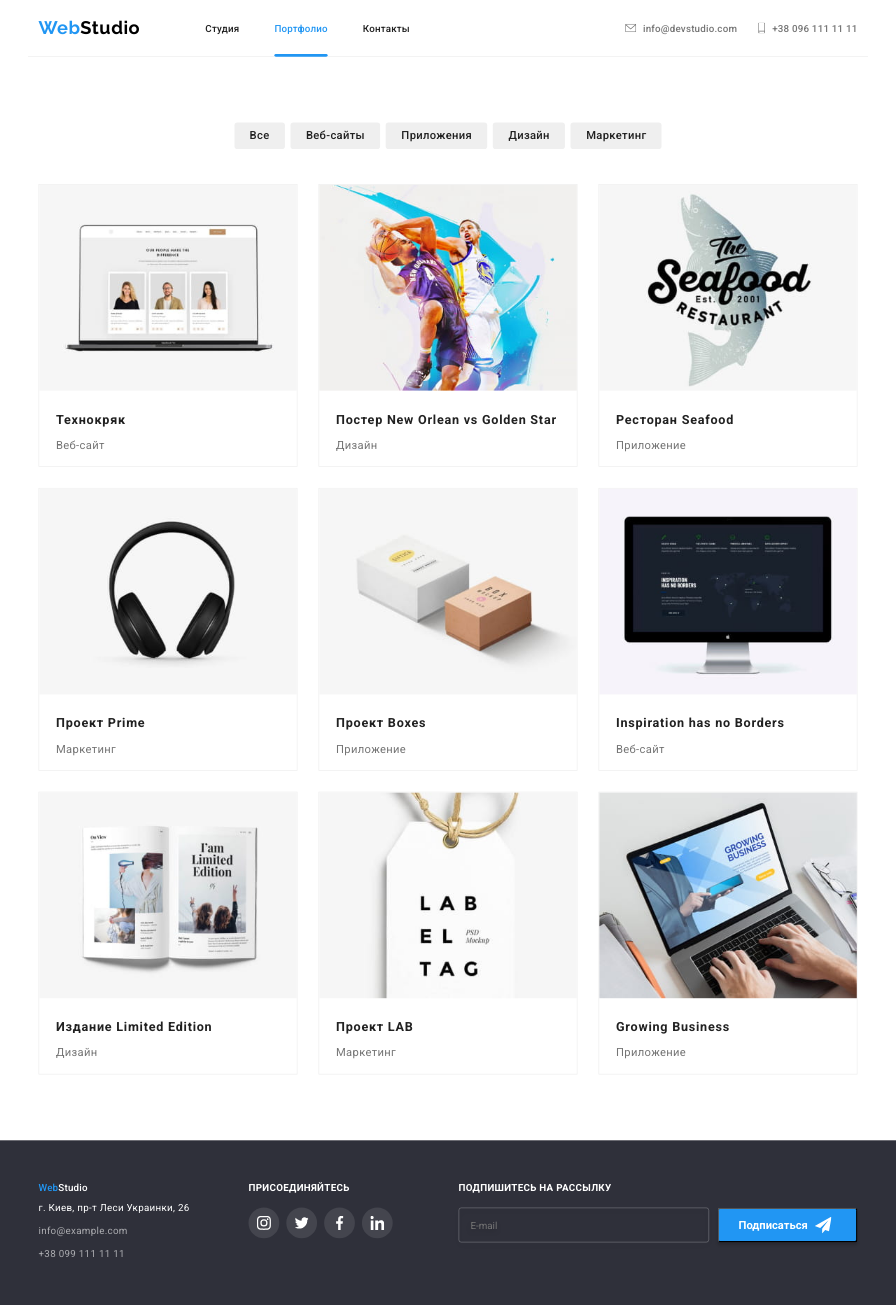
Repository: UliyaKucherernko/home-work-8
Page: porfolio.html
An editor plug-in stored every save of this project. The page is shown before and after the next save, followed by the edit.
The browser window is 1280 px wide. The pictures show the whole page, at 70% of full size.
Some web libraries are served in a nearby version. The style sheet was rebuilt from its Sass, Less or Tailwind sources for each picture, by a compiler version that may differ from the author's.

Above is the page before, as saved 2021-05-04 19:10:52.

### porfolio.html
<!DOCTYPE html>
<html lang="en">
<head>
   <meta charset="UTF-8" />
   <meta http-equiv="X-UA-Compatible" content="IE=edge" />
   <meta name="viewport" content="width=device-width, initial-scale=1.0" />
   <title>WebStudio Главная</title>
   <link rel="stylesheet"
      href="https://cdnjs.cloudflare.com/ajax/libs/modern-normalize/1.0.0/modern-normalize.min.css" />
   <link rel="preconnect" href="https://fonts.gstatic.com" />
   <link
      href="https://fonts.googleapis.com/css2?family=Raleway:wght@700&family=Roboto:wght@400;500;700;900&display=swap"
      rel="stylesheet" />
   <link rel="stylesheet" href="./css/styles.min.css" />
</head>
<body>
<header class="header">
   <div class="container header__container">
      <nav class="navigation">
         <a class="link header__logo" href="index.html">
            <span class="web">Web</span><span class="studio">Studio</span></a>
         <ul class="list">
            <li class="header__menu-item">
               <a href="./index.html" class="link header__menu-link">Студия</a>
            </li>
            <li class="header__menu-item">
               <a href="./porfolio.html" class="link header__menu-link current">Портфолио</a>
            </li>
            <li class="header__menu-item">
               <a href="" class="link header__menu-link">Контакты</a>
            </li>
         </ul>
      </nav>
      <div class="list header__contact-item">
         <a class="link header__link" href="mailto:info@devstudio.com">
            <svg class="header__icon" width="16" height="12">
               <use href="./images/icons-sprite.svg#icon-mail"></use>
            </svg>
            info@devstudio.com
         </a>
         <a class="link header__link" href="tel:+380961111111">
            <svg class="header__icon" width="10" height="16">
               <use href="./images/icons-sprite.svg#icon-phone"></use>
            </svg>
            +38 096 111 11 11
         </a>
      </div>
   </div>
</header>
     <!--что входит в портфолио-->
    <main>
      <section class="gallery">
         <div class="container">
          <ul class="list gallery__btn">
              <li><button class="gallery__btn-filtr" type="button">Все</button></li>
              <li><button class="gallery__btn-filtr" type="button">Веб-сайты</button></li>
              <li><button class="gallery__btn-filtr" type="button">Приложения</button></li>
              <li><button class="gallery__btn-filtr" type="button">Дизайн</button></li>
              <li><button class="gallery__btn-filtr" type="button">Маркетинг</button></li>
          </ul>
 <ul class="gallery__list">
      <div class="gallery__card">
         <div class="gallery__thumb">
            <li><img src="./images/1-monitor.jpg" alt="на мониторе 3 фотокарточки людей" width="370">
               <div class="gallery__overlay">
                  <p class="gallery__text-overlay">Технокряк это современная площадка распространения коронавируса.
                        Компании используют эту платформу для цифрового
                        шпионажа и атак на защищённые сервера конкурентов.</p>
               </div>
            </li>
         </div>
                  <div class="gallery__text">
                       <h3 class="gallery__name">Технокряк</h3>
                       <p class="gallery__main-name">Веб-сайт</p>
                  </div>
      </div>
      <div class="gallery__card">
         <div class="gallery__thumb">
            <li><img src="./images/2-nba.jpg" alt="2 прня играют в баскетбол" width="370">
               <div class="gallery__overlay">
                     <p class="gallery__text-overlay">New Orleans Pelicans — профессиональный баскетбольный клуб,
                         выступающий в Национальной баскетбольной ассоциации.
                     Изначально годом основания команды считался 1988 год.</p>
               </div>
            </li>
         </div>
                  <div class="gallery__text">
                     <h3 class="gallery__name">Постер New Orlean vs Golden Star</h3>
                        <p class="gallery__main-name">Дизайн</p>
                  </div>
      </div>
      <div class="gallery__card">
         <div class="gallery__thumb">
            <li><img src="./images/3-seafood.jpg" alt="рыбный ресторан" width="370">
               <div class="gallery__overlay">
                     <p class="gallery__text-overlay">Рыбный ресторан «Seafood» расположен по бульвару Леси Украинки, недалеко от станции метро Печерская. При входе
                     слева расположен большой аквариум со свежими устрицами.</p>
               </div>
            </li>
         </div>
                  <div class="gallery__text">
                     <h3 class="gallery__name">Ресторан Seafood</h3>
                     <p class="gallery__main-name">Приложение</p>
                  </div>
      </div>
      <div class="gallery__card">
         <div class="gallery__thumb">
            <li><img src="./images/4-prime.jpg" alt="наушники" width="370">
               <div class="gallery__overlay">
                  <p class="gallery__text-overlay">Наушники представляют собой пару небольших по размеру головных телефона или блока наушника,
                      надеваемых на голову или вставляемых прямо в ушные каналы.</p>
               </div>
            </li>
         </div>
                  <div class="gallery__text">
                     <h3 class="gallery__name">Проект Prime</h3>
                     <p class="gallery__main-name">Маркетинг</p>
                  </div>
      </div>

      <div class="gallery__card">
         <div class="gallery__thumb">
            <li><img src="./images/5-boxes.jpg" alt="2 коробки разного размера" width="370">
               <div class="gallery__overlay">
                  <p class="gallery__text-overlay">BOXES - изделие простой конструкции из картона или другого плотного материала
                      в форме многогранника</p>
               </div>
            </li>
         </div>
                  <div class="gallery__text">
                     <h3 class="gallery__name">Проект Boxes</h3>
                     <p class="gallery__main-name">Приложение</p>
                  </div>
      </div>

      <div class="gallery__card">
         <div class="gallery__thumb">
            <li><img src="./images/6-borders.jpg" alt="монитор борд с картой мира" width="370">
               <div class="gallery__overlay">
                  <p class="gallery__text-overlay">Реклама - аправление в маркетинговых коммуникациях, в рамках которого производится
                     распространение информации для привлечения
                  внимания к объекту рекламирования с целью формирования или поддержания интереса к нему.</p>
               </div>
            </li>
         </div>
                  <div class="gallery__text">
                     <h3 class="gallery__name">Inspiration has no Borders</h3>
                     <p class="gallery__main-name">Веб-сайт</p>
                  </div>
      </div>
      <div class="gallery__card">
         <div class="gallery__thumb">
            <li><img src="./images/7-magazine.jpg" alt="журнал" width="370">
               <div class="gallery__overlay">
                  <p class="gallery__text-overlay">Специальный вид издания художественного произведения, куда включены дополнительные материалы, отсутствующие в стандартной версии.</p>
               </div>
            </li>
         </div>
                  <div class="gallery__text">
                     <h3 class="gallery__name">Издание Limited Edition</h3>
                     <p class="gallery__main-name">Дизайн</p>
                  </div>
      </div>
      <div class="gallery__card">
         <div class="gallery__thumb">
            <li><img src="./images/8-labels.jpg" alt="белая этикетка бирка" width="370">
               <div class="gallery__overlay">
                  <p class="gallery__text-overlay">Label-графический или текстовый знак,
                     нанесённый в виде наклейки, бирки или талона на товар, экспонат, любой другой продукт
                  производства, с указанием торговой марки производителя.</p>
               </div>
            </li>
         </div>
                  <div class="gallery__text">
                     <h3 class="gallery__name">Проект LAB</h3>
                     <p class="gallery__main-name">Маркетинг</p>
                  </div>
      </div>
      <div class="gallery__card">
         <div class="gallery__thumb">
            <li><img src="./images/9-nout.jpg" alt="печатают на ноуте" width="370">
               <div class="gallery__overlay">
                  <p class="gallery__text-overlay">Offline/Online - работа, доступная для широких масс населения, использующая главные достоинства Интернета</p>
               </div>
            </li>
         </div>
                     <div class="gallery__text">
                        <h3 class="gallery__name">Growing Business</h3>
                        <p class="gallery__main-name">Приложение</p>
                     </div>
      </div>
   </ul>
      </div>
     </section>
    </main>

   <!--подвал-->
   <footer class="footer">
      <div class="container footer__container">
         <div class="footer__block">
            <a class="link footer__logo" href="index.html">
               <span class="web">Web</span><span class="footer__studio">Studio</span></a>
            <address>
               <ul class="footer__list">
                  <li>
                     <a href="" class="link footer__adress">г. Киев, пр-т Леси Украинки, 26</a>
                  </li>
                  <li>
                     <a href="mailto:info@example.com" class="link footer__contact">info@example.com</a>
                  </li>
                  <li>
                     <a href="+380991111111" class="link footer__contact">+38 099 111 11 11</a>
                  </li>
               </ul>
            </address>
         </div>
         <div class="footer__block">
            <p class="footer__sleng">присоединяйтесь</p>
            <ul class="social-icons">
               <li class="social-icon-item">
                  <a href="" class="social-icon-link footer__icon">
                     <svg>
                        <use href="./images/icons-sprite.svg#icon-instagram"></use>
                     </svg>
                  </a>
               </li>
               <li class="social-icon-item">
                  <a href="" class="social-icon-link footer__icon">
                     <svg>
                        <use href="./images/icons-sprite.svg#icon-twitter"></use>
                     </svg>
                  </a>
               </li>
               <li class="social-icon-item">
                  <a href="" class="social-icon-link footer__icon">
                     <svg>
                        <use href="./images/icons-sprite.svg#icon-facebook"></use>
                     </svg>
                  </a>
               </li>
               <li class="social-icon-item">
                  <a href="" class="social-icon-link footer__icon">
                     <svg>
                        <use href="./images/icons-sprite.svg#icon-linkedin"></use>
                     </svg>
                  </a>
               </li>
            </ul>
         </div>
         <div class="footer__block">
            <p class="footer__sleng">подпишитесь на рассылку</p>
            <form name="footer__form" class="footer__form" novalidate>
               <input type="email" name="email" class="footer__contact-form" id="user_email" placeholder="E-mail" />
               <button type="submit" class="footer__button">Подписаться
                  <svg class="footer__icon-send" width="24px" height="24px">
                     <use href="./images/icons-sprite.svg#icon-icon-send"></use>
                  </svg>
               </button>
            </form>
         </div>
      </div>
   </footer>
   </body>
   </html>

### sass/vendors/_modern-normalize.scss
/*! modern-normalize v1.0.0 | MIT License | https://github.com/sindresorhus/modern-normalize */*,::after,::before{box-sizing:border-box}:root{-moz-tab-size:4;tab-size:4}html{line-height:1.15;-webkit-text-size-adjust:100%}body{margin:0}body{font-family:system-ui,-apple-system,'Segoe UI',Roboto,Helvetica,Arial,sans-serif,'Apple Color Emoji','Segoe UI Emoji'}hr{height:0;color:inherit}abbr[title]{text-decoration:underline dotted}b,strong{font-weight:bolder}code,kbd,pre,samp{font-family:ui-monospace,SFMono-Regular,Consolas,'Liberation Mono',Menlo,monospace;font-size:1em}small{font-size:80%}sub,sup{font-size:75%;line-height:0;position:relative;vertical-align:baseline}sub{bottom:-.25em}sup{top:-.5em}table{text-indent:0;border-color:inherit}button,input,optgroup,select,textarea{font-family:inherit;font-size:100%;line-height:1.15;margin:0}button,select{text-transform:none}[type=button],[type=reset],[type=submit],button{-webkit-appearance:button}::-moz-focus-inner{border-style:none;padding:0}:-moz-focusring{outline:1px dotted ButtonText}:-moz-ui-invalid{box-shadow:none}legend{padding:0}progress{vertical-align:baseline}::-webkit-inner-spin-button,::-webkit-outer-spin-button{height:auto}[type=search]{-webkit-appearance:textfield;outline-offset:-2px}::-webkit-search-decoration{-webkit-appearance:none}::-webkit-file-upload-button{-webkit-appearance:button;font:inherit}summary{display:list-item}

### sass/utils/_variables.scss
:root {
  --main-text-color: #757575;
  --accent-color: #2196f3;
  --title-color: #212121;
  --dark-bg-color: #2f303a;
  --content-color: #ffffff;
  --team-color: #f5f4fa;
  --social-color: #afb1b8;
  --grid-item: 1;
}

### sass/base/_common.scss
:focus {
  outline: none;
}

*,
*::after,
*::before {
  box-sizing: inherit;
}

address {
  font-style: normal;
}

body {
  font-family: "Roboto", sans-serif;
  font-size: 14px;
  font-weight: 500;
  line-height: 16px;
  letter-spacing: 0.02em;
  text-align: left;
  color: var(--main-text-color);
  margin: 0;
}

.link {
  text-decoration: none;
  color: inherit;
}
h1,
h2,
h3,
p,
ul,
li {
  margin: 0;
  padding: 0;
}

.list {
  display: flex;
  justify-content: center;
  margin-top: 0;
  margin-bottom: 0;
  padding-left: 0;
  list-style: none;
}

### sass/base/_container.scss
.container {
  width: 1200px;
  padding-left: 15px;
  padding-right: 15px;
  margin-right: auto;
  margin-left: auto;
  box-sizing: border-box;
}

### sass/base/_logo.scss
.studio {
  color: #000000;
}

.web {
  color: var(--accent-color);
}

.logo {
  font-family: Raleway;
  font-weight: 700;
  font-size: 26px;
  line-height: 1.19;
  letter-spacing: 0.03em;
}

### sass/components/_button.scss
button:hover,
button:focus {
  background: var(--accent-color);
  color: var(--content-color);
  transition-duration: 250ms;
  transition-timing-function: cubic-bezier(0.4, 0, 0.2, 1);
}

button {
  cursor: pointer;
  font-family: inherit;
}

### sass/components/_social-icon.scss
.social-icons {
  display: inline-flex;
}

.social-icon-item {
  display: block;
}

.social-icon-item svg {
  width: 20px;
  height: 20px;
}

.social-icon-item:not(:last-child) {
  margin-right: 10px;
}

.social-icon-link {
  display: flex;
  justify-content: center;
  align-items: center;
  width: 44px;
  height: 44px;
  border-radius: 50%;
}

Loaded but not shown: sass/styles.scss (874 lines, source omitted)

After the next save:
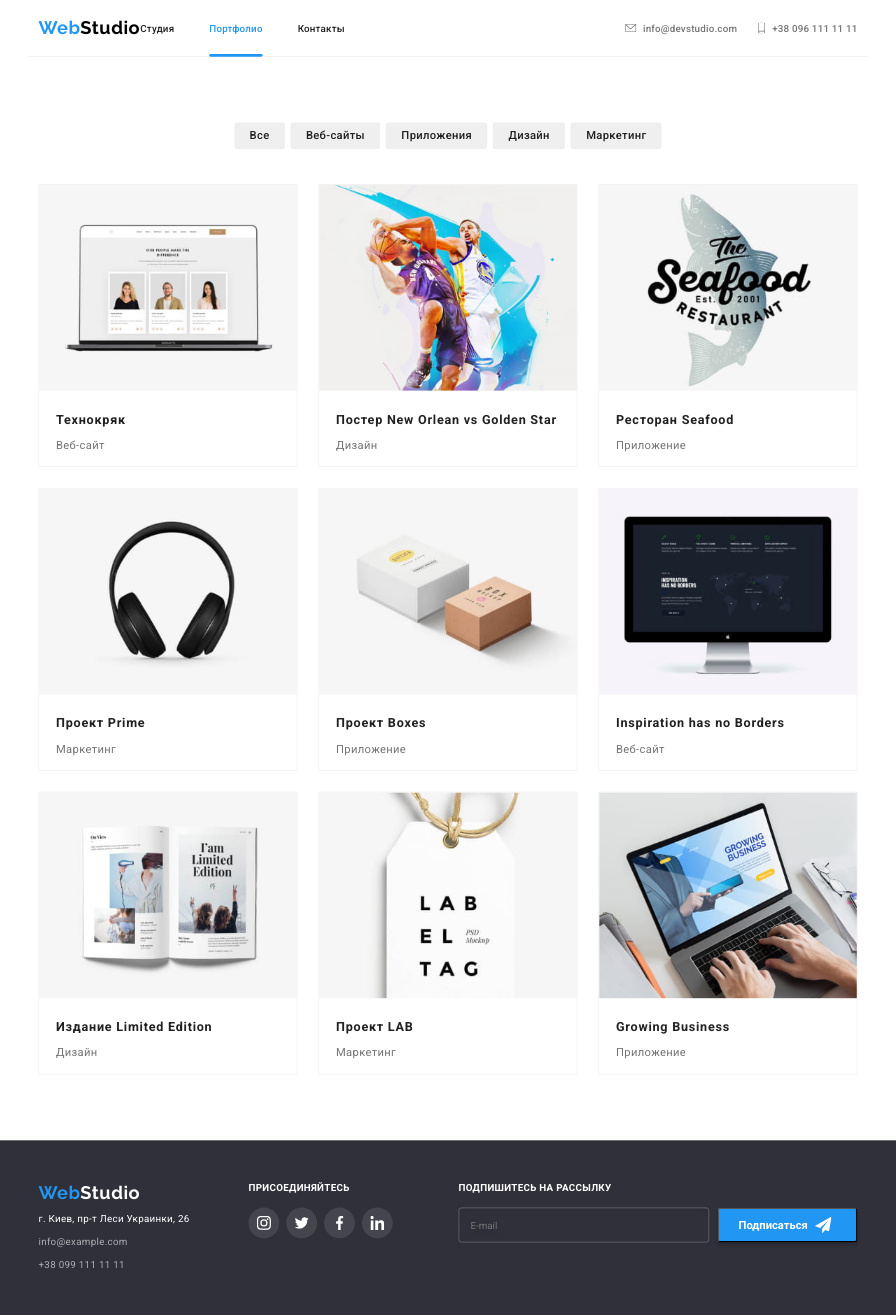
Saved 26 s later.
--- a/porfolio.html
+++ b/porfolio.html
@@ -17,7 +17,7 @@
 <header class="header">
    <div class="container header__container">
       <nav class="navigation">
-         <a class="link header__logo" href="index.html">
+         <a class="link logo" href="index.html">
             <span class="web">Web</span><span class="studio">Studio</span></a>
          <ul class="list">
             <li class="header__menu-item">
@@ -198,7 +198,7 @@
    <footer class="footer">
       <div class="container footer__container">
          <div class="footer__block">
-            <a class="link footer__logo" href="index.html">
+            <a class="link logo" href="index.html">
                <span class="web">Web</span><span class="footer__studio">Studio</span></a>
             <address>
                <ul class="footer__list">
